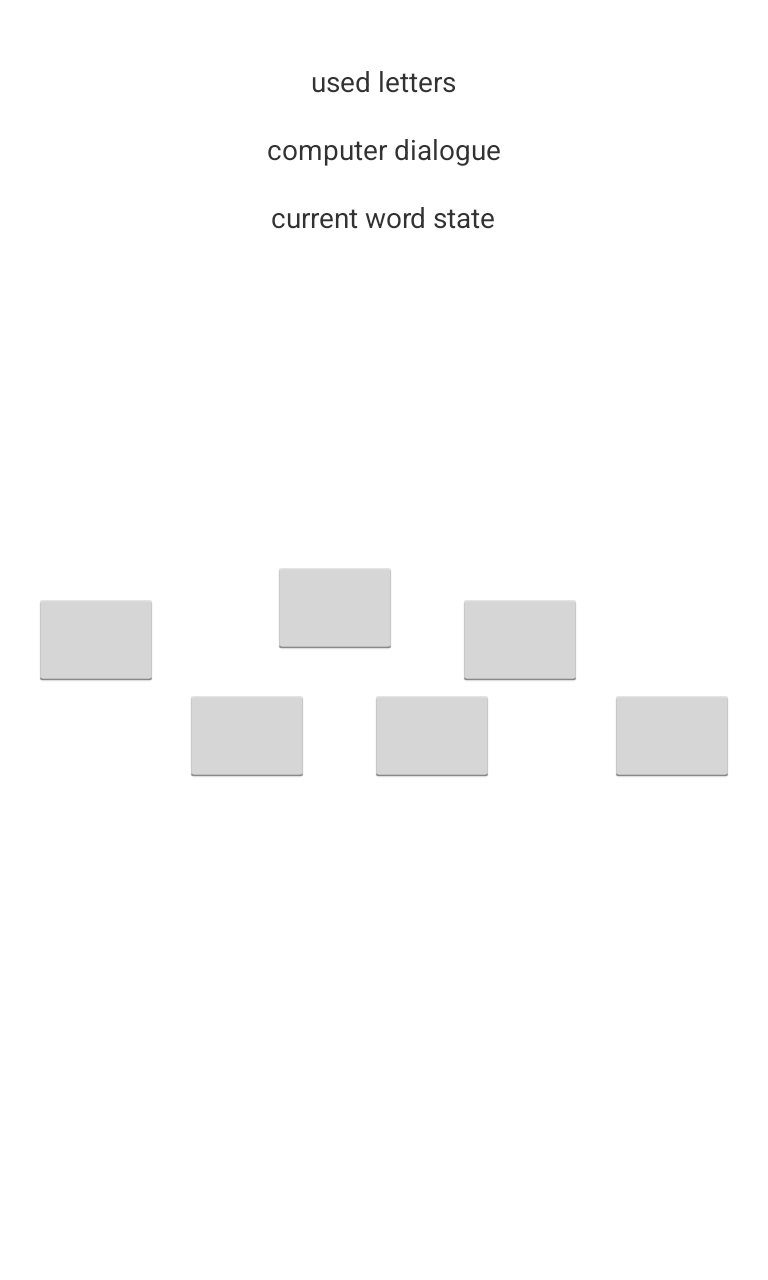
Repository: svandenhout/EvilSpaceMonsterHangman
Layout: evilSpaceMonsterHangman/res/layout/activity_main.xml
An editor plug-in stored every save of this project. The layout is shown before and after the next save, followed by the edit.
It is drawn on a 768 x 1280 px phone screen (xhdpi) without system bars, with theme AppTheme; the app's code is not run.

Above is the layout before, as saved 2013-12-16 12:28:08.

### evilSpaceMonsterHangman/res/layout/activity_main.xml
<RelativeLayout xmlns:android="http://schemas.android.com/apk/res/android"
              xmlns:tools="http://schemas.android.com/tools"
              android:layout_width="match_parent"
              android:layout_height="match_parent"
              android:paddingLeft="@dimen/activity_horizontal_margin"
              android:paddingRight="@dimen/activity_horizontal_margin"
              android:paddingTop="@dimen/activity_vertical_margin"
              android:paddingBottom="@dimen/activity_vertical_margin"
              tools:context=".MainActivity"
              android:orientation="vertical">

    <TextView
            android:id="@+id/usedLetters"
            android:layout_width="wrap_content"
            android:layout_height="wrap_content"
            android:text="@string/used_letters"
            android:layout_centerHorizontal="true"
            android:layout_marginTop="15dp"/>

    <TextView
            android:id="@+id/computerDialogue"
            android:layout_width="wrap_content"
            android:layout_height="wrap_content"
            android:layout_centerHorizontal="true"
            android:text="@string/computer_dialogue"
            android:layout_below="@+id/usedLetters"
            android:layout_marginTop="15dp"/>

    <TextView
            android:id="@+id/currentWordState"
            android:layout_width="wrap_content"
            android:layout_height="wrap_content"
            android:layout_below="@id/computerDialogue"
            android:text="@string/current_word_state"
            android:layout_centerHorizontal="true"
            android:layout_marginTop="15dp"/>

    <Button
        android:id="@+id/eye_6"
        android:layout_width="wrap_content"
        android:layout_height="wrap_content"
        android:layout_alignParentLeft="true"
        android:layout_centerVertical="true"
        android:onClick="eyePress"
         />

    <Button
        android:id="@+id/eye_5"
        android:layout_width="wrap_content"
        android:layout_height="wrap_content"
        android:layout_below="@+id/eye_6"
        android:layout_toLeftOf="@+id/usedLetters"
        android:onClick="eyePress"
         />

    <Button
        android:id="@+id/eye_2"
        android:layout_width="wrap_content"
        android:layout_height="wrap_content"
        android:layout_above="@+id/eye_3"
        android:layout_toRightOf="@+id/usedLetters"
        android:onClick="eyePress"
         />

    <Button
        android:id="@+id/eye_1"
        android:layout_width="wrap_content"
        android:layout_height="wrap_content"
        android:layout_alignBaseline="@+id/eye_5"
        android:layout_alignBottom="@+id/eye_5"
        android:layout_alignParentRight="true"
        android:onClick="eyePress"
         />

    <Button
        android:id="@+id/eye_4"
        android:layout_width="wrap_content"
        android:layout_height="wrap_content"
        android:layout_alignBottom="@+id/eye_6"
        android:layout_alignLeft="@+id/currentWordState"
        android:layout_marginBottom="16dp"
        android:onClick="eyePress"
         />

    <Button
        android:id="@+id/eye_3"
        android:layout_width="wrap_content"
        android:layout_height="wrap_content"
        android:layout_alignBaseline="@+id/eye_5"
        android:layout_alignBottom="@+id/eye_5"
        android:layout_alignRight="@+id/currentWordState"
        android:onClick="eyePress"
         />

</RelativeLayout>

### evilSpaceMonsterHangman/res/values/strings.xml
<?xml version="1.0" encoding="utf-8"?>
<resources>

    <string name="app_name" >Hangman
    </string>

    <!-- settings & preferences -->
    <string name="hi_scores" >hi-scores
    </string>
    <string name="settings" >settings
    </string>
    <string name="reset" >reset game
    </string>

    <string name="title_user_name" >user name
    </string>
    <string name="title_word_length">word length
    </string>
    <string name="title_amount_of_turns">amount of turns
    </string>
    <string name="title_evil_mode">Evil Mode
    </string>

    <string name="summary_user_name">set your user name here
    </string>
    <string name="summary_word_length">set the length of the words that you want to use
    </string>
    <string name="summary_amount_of_turns">set the amount of turns until you lose
    </string>
    <string name="summary_evil_mode">Start playing Evil Mode, You will not win
    </string>

    <string name="dialog_user_name" >user name:
    </string>
    <string name="dialog_word_length">word length:
    </string>
    <string name="dialog_amount_of_turns">amount of turns:
    </string>
    <string name="dialog_evil_mode">Evil Mode?
    </string>


    <!-- game ui -->
    <string name="current_word" >current word
    </string>
    <string name="current_word_state" >current word state
    </string>
    <string name="used_letters" >used letters
    </string>
    <string name="computer_dialogue">computer dialogue</string>
    <string name="button_text">a</string>

    <!-- game states -->
    <string name="game_won">game won
    </string>
    <string name="game_lost">game lost
    </string>

    <!-- computer monologue -->
    <string name="cmonologue_start">Pick a letter to start playing</string>
    <string name="cmonologue_used">This letter has already been used, try again</string>
    <string name="cmonologue_invalid">WHAT THE HELL IS THAT!?, try another one</string>
    <string name="cmonologue_wrong">Wrong guess, pick again</string>
    <string name="cmonologue_correct">Lucky, why don\'t you try again?</string>
    <string name="cmonologue_won">:((</string>
    <string name="cmonologue_lost">:-)</string>
</resources>

Loaded but not shown: evilSpaceMonsterHangman/res/values/styles.xml (common file); evilSpaceMonsterHangman/res/values-v11/styles.xml (common file); evilSpaceMonsterHangman/res/values-v14/styles.xml (common file); evilSpaceMonsterHangman/res/values/dimens.xml (common file)

After the next save:
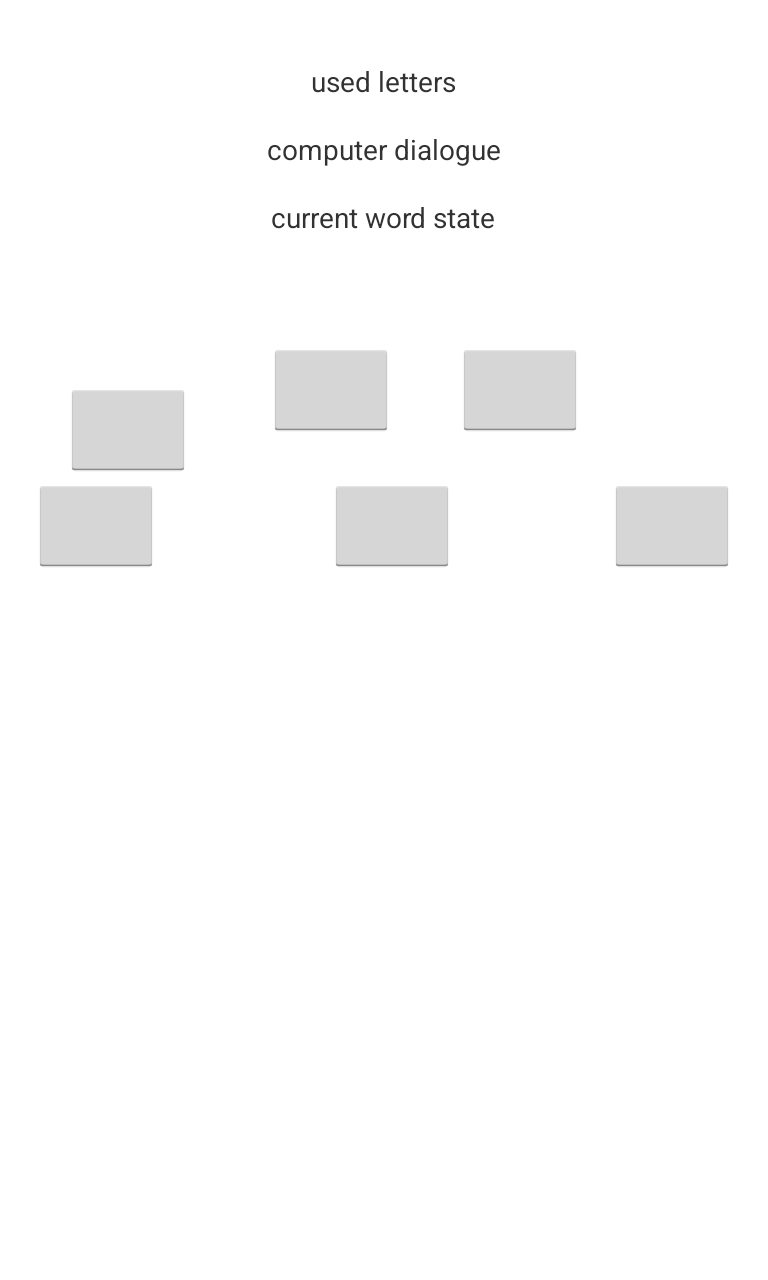
Saved 2 min 18 s later.
--- a/evilSpaceMonsterHangman/res/layout/activity_main.xml
+++ b/evilSpaceMonsterHangman/res/layout/activity_main.xml
@@ -36,33 +36,6 @@
             android:layout_marginTop="15dp"/>
 
     <Button
-        android:id="@+id/eye_6"
-        android:layout_width="wrap_content"
-        android:layout_height="wrap_content"
-        android:layout_alignParentLeft="true"
-        android:layout_centerVertical="true"
-        android:onClick="eyePress"
-         />
-
-    <Button
-        android:id="@+id/eye_5"
-        android:layout_width="wrap_content"
-        android:layout_height="wrap_content"
-        android:layout_below="@+id/eye_6"
-        android:layout_toLeftOf="@+id/usedLetters"
-        android:onClick="eyePress"
-         />
-
-    <Button
-        android:id="@+id/eye_2"
-        android:layout_width="wrap_content"
-        android:layout_height="wrap_content"
-        android:layout_above="@+id/eye_3"
-        android:layout_toRightOf="@+id/usedLetters"
-        android:onClick="eyePress"
-         />
-
-    <Button
         android:id="@+id/eye_1"
         android:layout_width="wrap_content"
         android:layout_height="wrap_content"
@@ -77,19 +50,44 @@
         android:layout_width="wrap_content"
         android:layout_height="wrap_content"
         android:layout_alignBottom="@+id/eye_6"
-        android:layout_alignLeft="@+id/currentWordState"
-        android:layout_marginBottom="16dp"
-        android:onClick="eyePress"
-         />
+        android:layout_alignLeft="@+id/computerDialogue"
+        android:layout_marginBottom="20dp"
+        android:onClick="eyePress" />
+
+    <Button
+        android:id="@+id/eye_6"
+        android:layout_width="wrap_content"
+        android:layout_height="wrap_content"
+        android:layout_alignParentLeft="true"
+        android:layout_below="@+id/currentWordState"
+        android:layout_marginLeft="16dp"
+        android:layout_marginTop="73dp"
+        android:onClick="eyePress" />
+
+    <Button
+        android:id="@+id/eye_5"
+        android:layout_width="wrap_content"
+        android:layout_height="wrap_content"
+        android:layout_alignParentLeft="true"
+        android:layout_below="@+id/eye_6"
+        android:onClick="eyePress" />
 
     <Button
         android:id="@+id/eye_3"
         android:layout_width="wrap_content"
         android:layout_height="wrap_content"
-        android:layout_alignBaseline="@+id/eye_5"
-        android:layout_alignBottom="@+id/eye_5"
-        android:layout_alignRight="@+id/currentWordState"
-        android:onClick="eyePress"
-         />
+        android:layout_alignBaseline="@+id/eye_1"
+        android:layout_alignBottom="@+id/eye_1"
+        android:layout_toLeftOf="@+id/eye_2"
+        android:onClick="eyePress" />
+
+    <Button
+        android:id="@+id/eye_2"
+        android:layout_width="wrap_content"
+        android:layout_height="wrap_content"
+        android:layout_alignBaseline="@+id/eye_4"
+        android:layout_alignBottom="@+id/eye_4"
+        android:layout_toRightOf="@+id/usedLetters"
+        android:onClick="eyePress" />
 
 </RelativeLayout>
